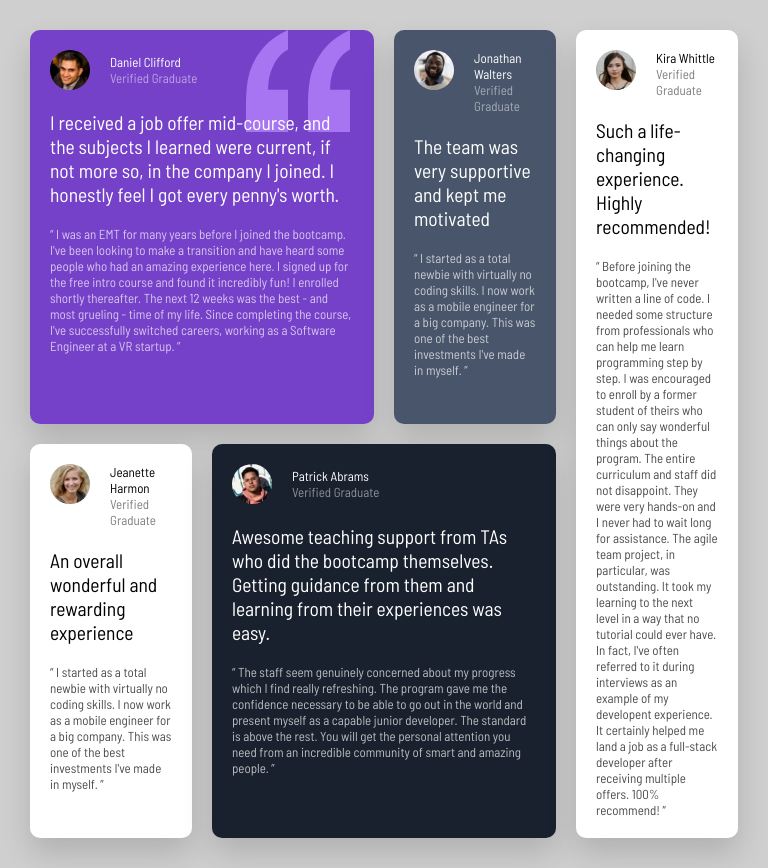
Repository: DiyBookOfLife/ps-FrontendMentor
Page: index.html
These files come from the project's save history. The page is drawn as it stood at one moment and after the next save; the edit follows.
The browser window is 768 px wide. The pictures show the whole page.

Above is the page before, as saved 2026-01-02 12:03:09.

### index.html
<!DOCTYPE html>
<html lang="en">

<head>
  <meta charset="UTF-8">
  <meta name="viewport" content="width=device-width, initial-scale=1.0">
  <!-- displays site properly based on user's device -->

  <link rel="icon" type="image/png" sizes="32x32" href="./images/favicon-32x32.png">

  <title>Frontend Mentor | [Challenge Name Here]</title>

  <link rel="preconnect" href="https://fonts.googleapis.com">
  <link rel="preconnect" href="https://fonts.gstatic.com" crossorigin>
  <link href="https://fonts.googleapis.com/css2?family=Barlow+Semi+Condensed:ital,wght@0,100;0,200;0,300;0,400;0,500;0,600;0,700;0,800;0,900;1,100;1,200;1,300;1,400;1,500;1,600;1,700;1,800;1,900&display=swap" rel="stylesheet">

  <link rel="stylesheet" href="./styles.css">

</head>

<body>
  <main>
    <section id="testimonials">
      <div class="card" id="daniel_card">
        <div class="profile">
          <img src="./images/image-daniel.jpg" alt="picture of daniel">
          <div>
            <div>Daniel Clifford</div>
            <div>Verified Graduate</div>
          </div>
        </div>

        <p>
          I received a job offer mid-course, and the subjects I learned were current, if not more so,
          in the company I joined. I honestly feel I got every penny's worth.
        </p>

        <p>
          “ I was an EMT for many years before I joined the bootcamp. I've been looking to make a
          transition and have heard some people who had an amazing experience here. I signed up
          for the free intro course and found it incredibly fun! I enrolled shortly thereafter.
          The next 12 weeks was the best - and most grueling - time of my life. Since completing
          the course, I've successfully switched careers, working as a Software Engineer at a VR startup. ”
        </p>
      </div>

      <div class="card" id="jonathan_card">
        <div class="profile">
          <img src="./images/image-jonathan.jpg" alt="picture of jonathan">
          <div>
            <div>Jonathan Walters</div>
            <div>Verified Graduate</div>
          </div>
        </div>

        <p>
          The team was very supportive and kept me motivated
        </p>

        <p>
          “ I started as a total newbie with virtually no coding skills. I now work as a mobile engineer
          for a big company. This was one of the best investments I've made in myself. ”
        </p>
      </div>



      <div class="card" id="jeanette_card">
        <div class="profile">
          <img src="./images/image-jeanette.jpg" alt="picture of jeanette">
          <div>
            <div>Jeanette Harmon</div>
            <div>Verified Graduate</div>
          </div>
        </div>

        <p>
          An overall wonderful and rewarding experience
        </p>

        <p>
          “ I started as a total newbie with virtually no coding skills. I now work as a mobile engineer
          for a big company. This was one of the best investments I've made in myself. ”
        </p>
      </div>


      <div class="card" id="patrick_card">
        <div class="profile">
          <img src="./images/image-patrick.jpg" alt="picture of patrick">
          <div>
            <div>Patrick Abrams</div>
            <div>Verified Graduate</div>
          </div>
        </div>

        <p>
          Awesome teaching support from TAs who did the bootcamp themselves. Getting guidance from them and
          learning from their experiences was easy.
        </p>

        <p>
          “ The staff seem genuinely concerned about my progress which I find really refreshing. The program
          gave me the confidence necessary to be able to go out in the world and present myself as a capable
          junior developer. The standard is above the rest. You will get the personal attention you need from
          an incredible community of smart and amazing people. ”
        </p>
      </div>



      <div class="card" id="kira_card">
        <div class="profile">
          <img src="./images/image-kira.jpg" alt="picture of kira">
          <div>
            <div>Kira Whittle</div>
            <div>Verified Graduate</div>
          </div>
        </div>

        <p>
          Such a life-changing experience. Highly recommended!
        </p>

        <p>
          “ Before joining the bootcamp, I've never written a line of code. I needed some structure from
          professionals who can help me learn programming step by step. I was encouraged to enroll by a former
          student of theirs who can only say wonderful things about the program. The entire curriculum and staff
          did not disappoint. They were very hands-on and I never had to wait long for assistance. The agile team
          project, in particular, was outstanding. It took my learning to the next level in a way that no tutorial
          could ever have. In fact, I've often referred to it during interviews as an example of my developent
          experience. It certainly helped me land a job as a full-stack developer after receiving multiple offers.
          100% recommend! ”
        </p>
      </div>

    </section>
  </main>
</body>

</html>

### styles.css
* {
  margin: 0;
  padding: 0;
}

main {
  display: flex;
  justify-content: center;
  align-items: center;
  min-height: 100vh;
  background-color: hsl(0, 0%, 81%);
  font-family: "Barlow Semi Condensed", sans-serif;
}

#testimonials {
  display: grid;
  grid-template-columns: repeat(4, 1fr);
  grid-template-rows: 1fr 1fr;
  max-width: 1100px;
  margin: 30px;
  gap: 20px;
  font-size: 13px;
}

/* Character Cards */
#daniel_card,
#jonathan_card,
#patrick_card {
  color: white;
}

#daniel_card {
  grid-column: 1 / 3;
  grid-row: 1 / 2;
  background-color: hsl(263, 55%, 52%);
  background-image: url(images/bg-pattern-quotation.svg);
  background-repeat: no-repeat;
  background-position-x: 90%;
}

#jonathan_card {
  background-color: hsl(217, 19%, 35%);
}

#jeanette_card {
  background-color: white;
}

#patrick_card {
  grid-column: 2 / 4;
  background-color: hsl(219, 29%, 14%);
}

#kira_card {
  grid-column: 4 / 5;
  grid-row: 1 / 3;
  background-color: white;
}

/* Profile */

.card {
  border-radius: 10px;
  padding: 20px;
  box-shadow: 0 15px 30px rgba(0, 0, 0, 0.15);
}

.profile {
  display: flex;
}

.profile > img {
  border-radius: 50%;
  margin-right: 20px;
  height: 40px;
}

.profile > div {
  display: flex;
  flex-direction: column;
  justify-content: center;
}

.profile p {
  margin-top: 20px;
}

#testimonials p {
  margin-top: 20px;
}

.profile + p {
  font-size: 1.5em;
}

.profile > div :last-child {
  opacity: 50%;
}

.card > :last-child {
  opacity: 70%;
}

#daniel_card img,
#patrick_card img {
  border: 2px solid hsl(219, 132, 250);
}

After the next save:
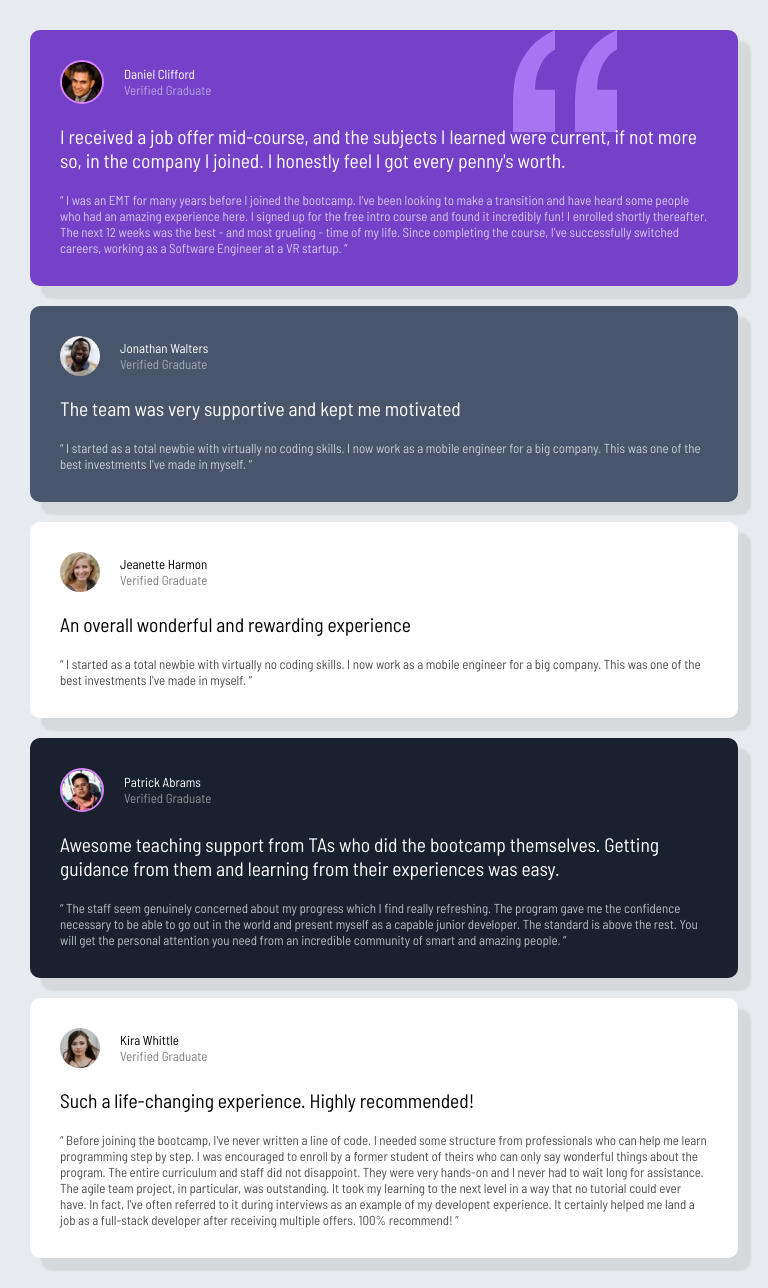
Saved 29 s later.
--- a/styles.css
+++ b/styles.css
@@ -1,107 +1,110 @@
 * {
-  margin: 0;
-  padding: 0;
+    margin: 0px;
+    padding: 0px;
+}
+
+body {
+    font-family: 'Barlow Semi Condensed', sans-serif;
 }
 
 main {
-  display: flex;
-  justify-content: center;
-  align-items: center;
-  min-height: 100vh;
-  background-color: hsl(0, 0%, 81%);
-  font-family: "Barlow Semi Condensed", sans-serif;
+    display: flex;
+    justify-content: center;
+    align-items: center;
+    height: 100vh;
+    background-color: hsl(214, 17%, 92%);
 }
 
 #testimonials {
-  display: grid;
-  grid-template-columns: repeat(4, 1fr);
-  grid-template-rows: 1fr 1fr;
-  max-width: 1100px;
-  margin: 30px;
-  gap: 20px;
-  font-size: 13px;
+    display: grid;
+    grid-template-columns: repeat(4, 1fr);
+    grid-template-rows: 1fr 1fr;
+    max-width: 1100px;
+    margin: 30px;
+    gap: 20px;
+    font-size: 13px;
 }
 
-/* Character Cards */
-#daniel_card,
-#jonathan_card,
-#patrick_card {
-  color: white;
+.card {
+    border-radius: 10px;
+    padding: 30px;
+    box-shadow: 12px 12px 2px 1px rgba(149, 149, 150, 0.2);
 }
 
 #daniel_card {
-  grid-column: 1 / 3;
-  grid-row: 1 / 2;
-  background-color: hsl(263, 55%, 52%);
-  background-image: url(images/bg-pattern-quotation.svg);
-  background-repeat: no-repeat;
-  background-position-x: 90%;
+    grid-column: 1 / 3;
+    grid-row: 1 / 2;
+    background-color: hsl(263, 55%, 52%);
+    background-image: url('./images/bg-pattern-quotation.svg');
+    background-repeat: no-repeat;
+    background-position-x: 80%;
+}
+
+#daniel_card, #jonathan_card, #patrick_card {
+    color: hsl(0, 0%, 100%);
+}
+
+#daniel_card img, #patrick_card img {
+    border: 2px solid rgb(219, 132, 250);
 }
 
 #jonathan_card {
-  background-color: hsl(217, 19%, 35%);
+    background-color: hsl(217, 19%, 35%);
+}
+
+#kira_card {
+    background-color: hsl(0, 0%, 100%);
+    grid-column: 4 / 5;
+    grid-row: 1 / 3;
 }
 
 #jeanette_card {
-  background-color: white;
+    background-color: hsl(0, 0%, 100%);
 }
 
 #patrick_card {
-  grid-column: 2 / 4;
-  background-color: hsl(219, 29%, 14%);
-}
-
-#kira_card {
-  grid-column: 4 / 5;
-  grid-row: 1 / 3;
-  background-color: white;
-}
-
-/* Profile */
-
-.card {
-  border-radius: 10px;
-  padding: 20px;
-  box-shadow: 0 15px 30px rgba(0, 0, 0, 0.15);
+    grid-column: 2 / 4;
+    background-color: hsl(219, 29%, 14%);
 }
 
 .profile {
-  display: flex;
+    display: flex;
 }
 
 .profile > img {
-  border-radius: 50%;
-  margin-right: 20px;
-  height: 40px;
+    border-radius: 50%;
+    margin-right: 20px;
+    height: 40px;
 }
 
 .profile > div {
-  display: flex;
-  flex-direction: column;
-  justify-content: center;
+    display: flex;
+    flex-direction: column;
+    justify-content: center;
 }
 
-.profile p {
-  margin-top: 20px;
+.profile > div :last-child {
+    opacity: 50%;
+}
+
+.profile + p {
+    font-size: 1.5em;
+}
+
+.card > :last-child {
+    opacity: 70%;
 }
 
 #testimonials p {
-  margin-top: 20px;
+    margin-top: 20px;
 }
 
-.profile + p {
-  font-size: 1.5em;
+@media (max-width: 950px) {
+    main {
+        height: 100%;
+    }
+    #testimonials {
+        display: flex;
+        flex-direction: column;
+    }
 }
-
-.profile > div :last-child {
-  opacity: 50%;
-}
-
-.card > :last-child {
-  opacity: 70%;
-}
-
-#daniel_card img,
-#patrick_card img {
-  border: 2px solid hsl(219, 132, 250);
-}
